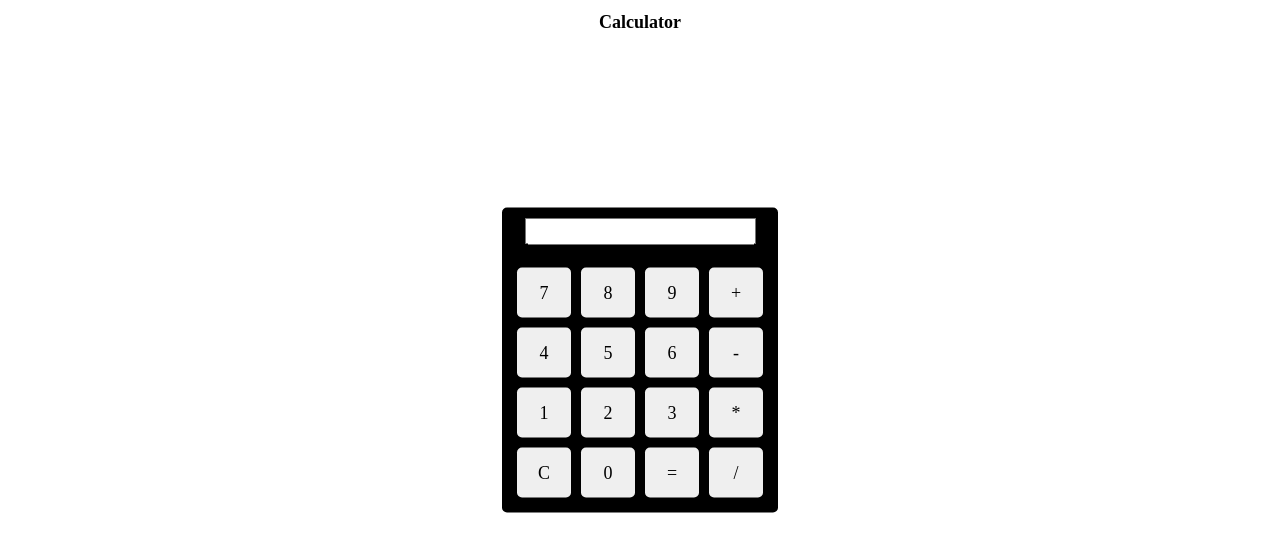
Repository: rajratangm/calculator
Page: /
These files come from the project's save history. The page is drawn as it stood at one moment and after the next save; the edit follows.
The browser window is 1280 px wide. The pictures show the whole page.
The project was rebuilt for these pictures with package versions that can differ from the ones it lists, and the page was loaded fresh each time.

Above is the page before, as saved 2024-04-03 11:31:49.

After the next save:
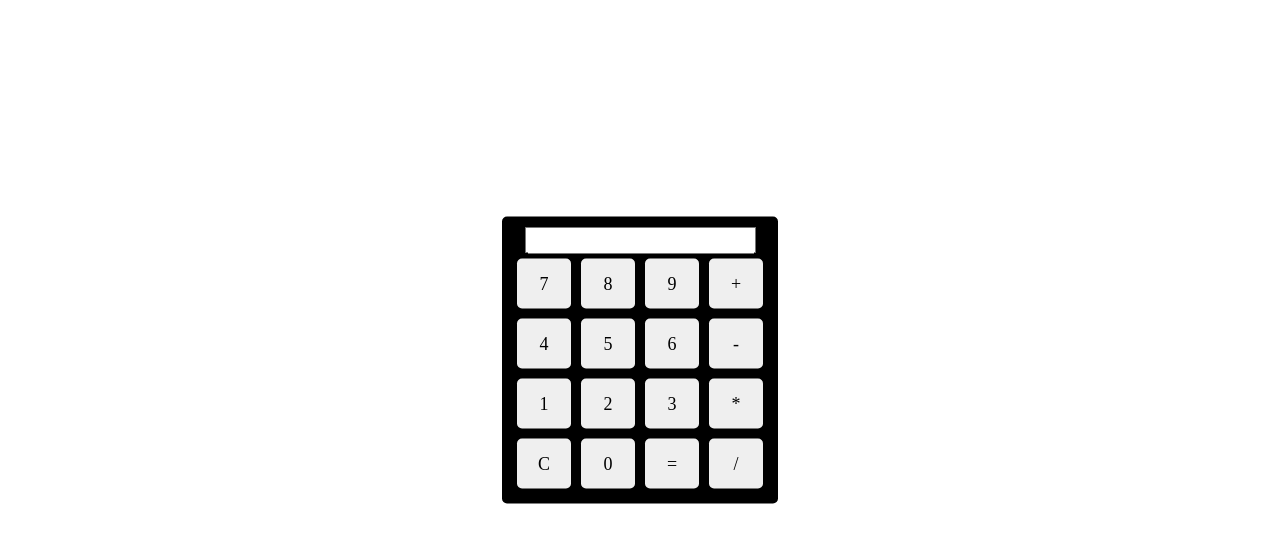
Saved 5 min 45 s later.
--- a/src/App.js
+++ b/src/App.js
@@ -1,25 +1,32 @@
-import logo from './logo.svg';
 import './App.css';
 import { useState } from 'react';
 
 function App() {
-  const [result, setResult]= useState('')
-  const handleClick=(value)=>{
-    setResult(result.concat(value))
-  }
+  const [result, setResult] = useState('');
 
-  const clear=()=>{
-    setResult('')
-  }
+  const handleClick = (value) => {
+    if (value === '=') {
+      try {
+        if (!result.trim()) {
+          setResult('Error');
+          return;
+        }
+        setResult(eval(result));
+      } catch (error) {
+        setResult('Error');
+      }
+    } else if (value === 'C') {
+      setResult('');
+    } else {
+      setResult(prevResult => prevResult + value);
+    }
+  };
+
   return (
-    <>
-    <h1>Calculator</h1>
-    <p>{result}</p>
     <div className='container'>
       <form>
-        <input type='text' value={result}/>
+        <input type='text' value={result} readOnly />
       </form>
-      <p>{result}</p>
       <div className='keypad'>
         <button onClick={() => handleClick('7')}>7</button>
         <button onClick={() => handleClick('8')}>8</button>
@@ -36,14 +43,12 @@
         <button onClick={() => handleClick('3')}>3</button>
         <button onClick={() => handleClick('*')}>*</button>
 
-        <button onClick={clear} id='clear'>C</button>
+        <button onClick={() => handleClick('C')}>C</button>
         <button onClick={() => handleClick('0')}>0</button>
-        <button onClick={() => handleClick('=')} id= 'enter'>=</button>
+        <button onClick={() => handleClick('=')}>=</button>
         <button onClick={() => handleClick('/')}>/</button>
       </div>
     </div>
-
-    </>
   );
 }
 

After the save that followed:
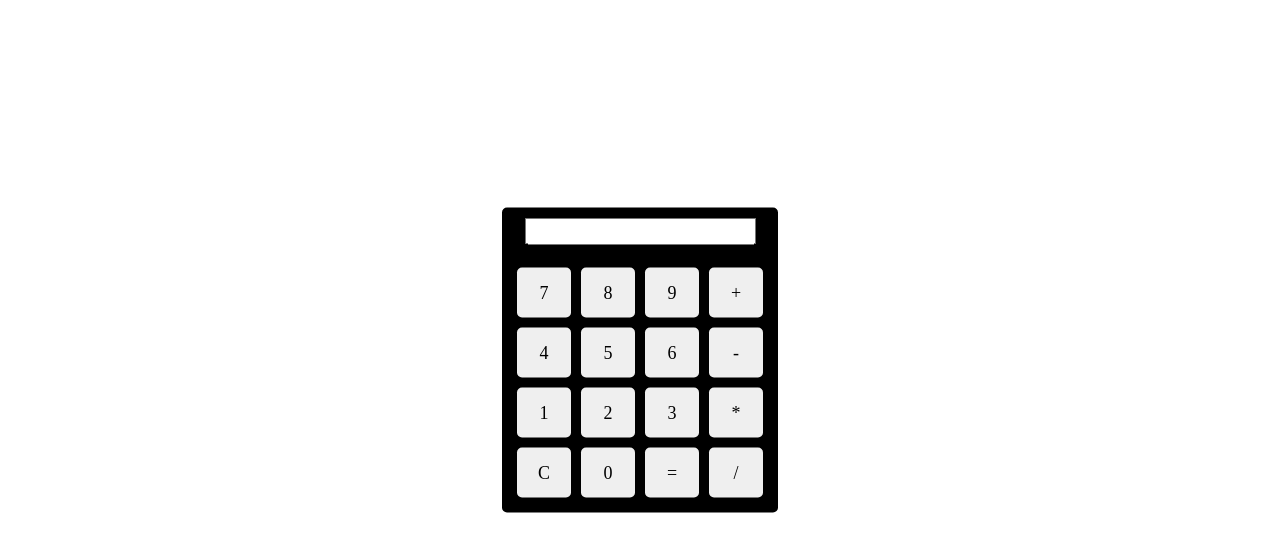
Saved 23 s later.
--- a/src/App.js
+++ b/src/App.js
@@ -27,6 +27,7 @@
       <form>
         <input type='text' value={result} readOnly />
       </form>
+      <p></p>
       <div className='keypad'>
         <button onClick={() => handleClick('7')}>7</button>
         <button onClick={() => handleClick('8')}>8</button>
